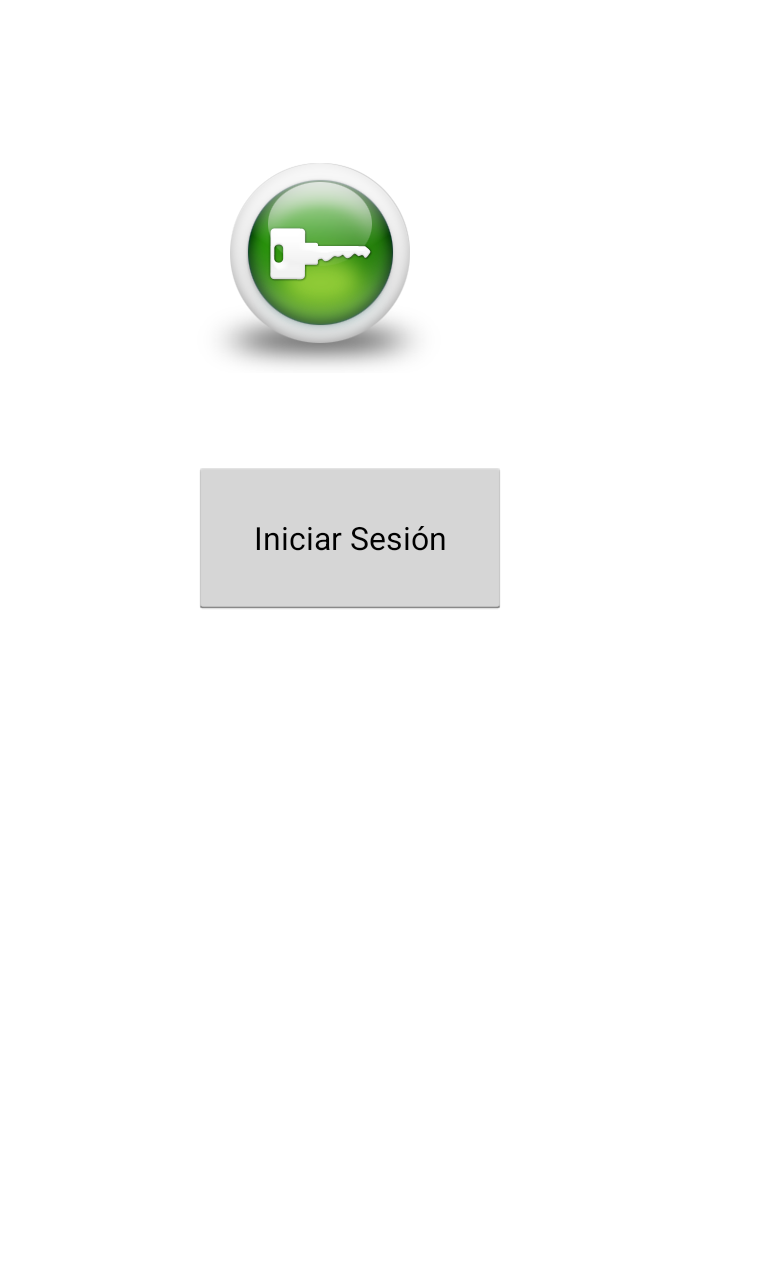
Repository: jlcd0004/sm_p11_practica1
Layout: Practica1/res/layout/fragmento2.xml
The author's editor kept a copy of each file at every save. The layout is drawn from the files as they stood at one save, then again after the next save.
It is drawn on a 768 x 1280 px phone screen (xhdpi) without system bars, with theme AppTheme; the app's code is not run.

Above is the layout before, as saved 2015-10-16 17:20:02.

After the next save:
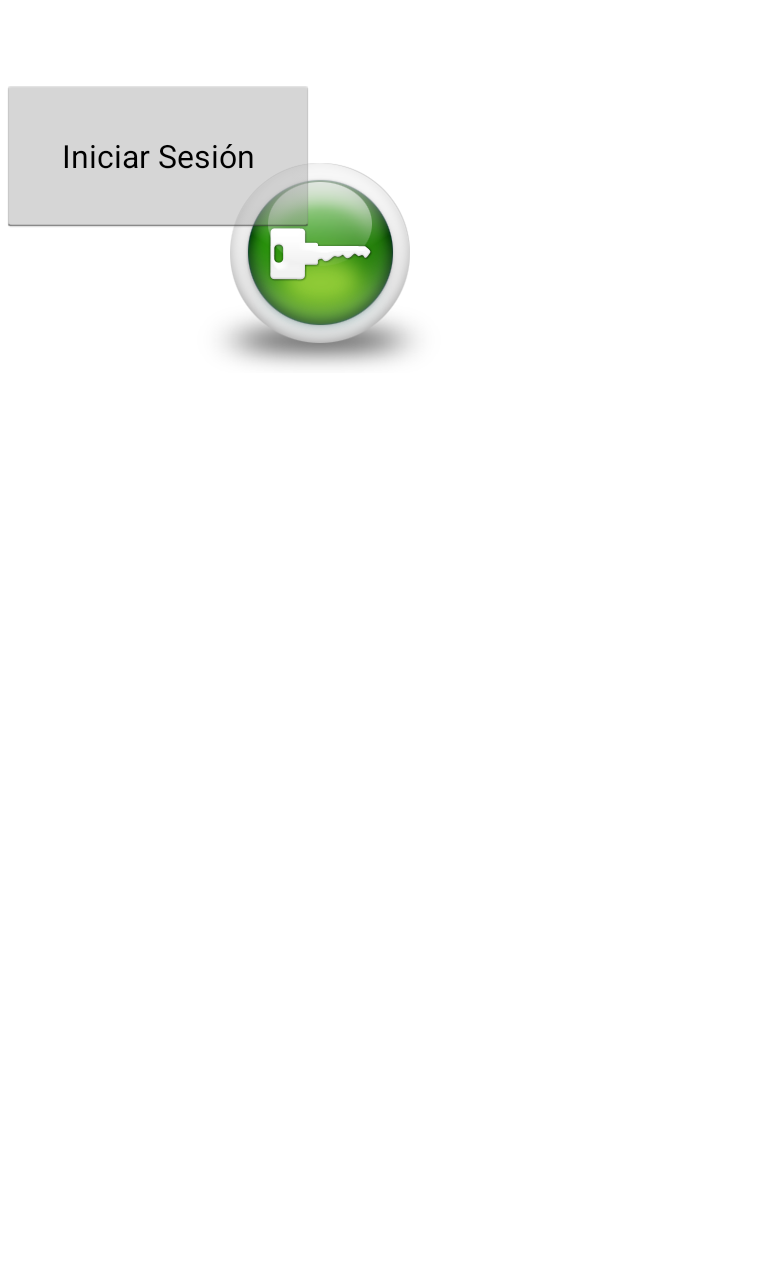
Saved 2 min 7 s later.
--- a/Practica1/res/layout/fragmento2.xml
+++ b/Practica1/res/layout/fragmento2.xml
@@ -1,6 +1,6 @@
 <?xml version="1.0" encoding="utf-8"?>
-<RelativeLayout xmlns:android="http://schemas.android.com/apk/res/android"
-    android:id="@+id/RelativeLayout1"
+<FrameLayout xmlns:android="http://schemas.android.com/apk/res/android"
+    android:id="@+id/FrameLayout1"
     android:layout_width="match_parent"
     android:layout_height="match_parent" >
 
@@ -8,12 +8,8 @@
         android:id="@+id/imageView1"
         android:layout_width="wrap_content"
         android:layout_height="wrap_content"
-        android:layout_alignParentLeft="true"
-        android:layout_alignParentTop="true"
         android:layout_marginLeft="96dp"
         android:layout_marginTop="63dp"
-        android:layout_x="64dp"
-        android:layout_y="42dp"
         android:src="@drawable/icono" />
 
     <Button
@@ -21,9 +17,7 @@
         style="@style/AppTheme"
         android:layout_width="158dp"
         android:layout_height="78dp"
-        android:layout_alignLeft="@+id/imageView1"
-        android:layout_below="@+id/imageView1"
         android:layout_marginTop="39dp"
         android:text="@string/sesion" />
 
-</RelativeLayout>
+</FrameLayout>
